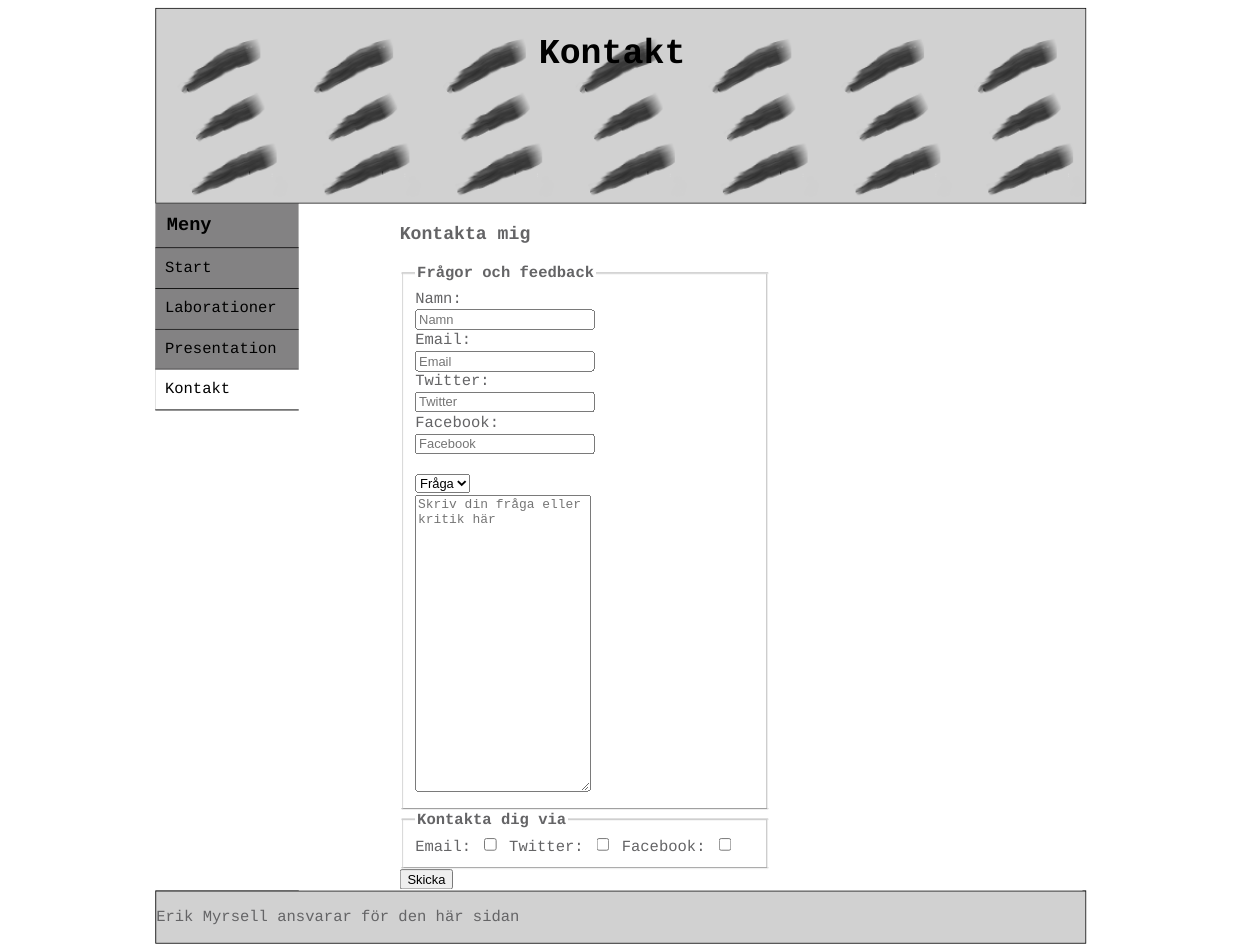
Repository: em222mt/1IK415_em222mt
Page: pages/kontakt.html
The author's editor kept a record of every edit. The page is drawn from the files as they stood at one moment, then again after the next edit.
The browser window is 1280 px wide. The pictures show the whole page, at 97% of full size.

Above is the page before.

### pages/kontakt.html
<!doctype html>
<html lang="sv">

<head>
     <meta charset="utf-8">
     <title>Kontakt</title>

     <link rel="stylesheet" href="../css/basic.css">
</head>

    <body>
        <div id="container">

            <div id="header">

            <h1 class="headertitle">Kontakt</h1>

            </div>

            <div id="navigation">

            <ul>
                <li>Meny</li>
                <li><a href="../index.html">Start</a></li>
                <li><a href="laborationer.html">Laborationer</a></li>
                <li><a href="presentation.html">Presentation</a></li>
                <li><a href="kontakt.html" class="active">Kontakt</a></li>
            </ul>

            </div>

            <div id="content">

            <div id="contact">

            <h3>Kontakta mig</h3>

            <!-- Formulär börjar här -->

            <form id="form" action="http://voyager.lnu.se/tekinet/kurser/dtt/wp_webbintro/form.php" method="post">
                <fieldset>
                    <legend id="formframe">Frågor och feedback</legend>

                        <label for="namn">Namn:</label></br>
                        <input placeholder="Namn" type="text" name="namn" id="namn" /></br>

                        <label for="email">Email:</label></br>
                        <input placeholder="Email" type="text" name="email" id="email" /></br>

                        <label for="twitter">Twitter:</label></br>
                        <input placeholder="Twitter" type="text" name="twitter" id="twitter" /></br>

                        <label for="facebook">Facebook:</label></br>
                        <input placeholder="Facebook" type="text" name="facebook" id="facebook" /></br>

                        </br>
                        <select name="fråga eller feedback"></br>
                            <option value="Fråga" selected> Fråga </option>
                            <option value="Ris"> Ris </option>
                            <option value="Ros"> Ros </option>
                        </select>
                        </br>

                        <textarea id="formtext" for="textarea" cols="20" rows="20" placeholder="Skriv din fråga eller kritik här" type="text" name="textarea" id="textarea"></textarea>

               </fieldset>

               <fieldset>
                   <legend id="formframe">Kontakta dig via</legend>

                        <label for="recepientemail">Email:</label>
                        <input type="checkbox" name="recepientemail" id="recepientemail" />
                        <label for="recepienttwitter">Twitter:</label>
                        <input type="checkbox" name="recepienttwitter" id="recepienttwitter" />
                        <label for="recepientfacebook">Facebook:</label>
                        <input type="checkbox" name="recepientfacebook" id="recepientfacebook" />

                </fieldset>

                <input id="formsubmit" type="submit" value="Skicka" />

            </form>

            </div>

            </div>

            <div id="footer">

                <p>Erik Myrsell ansvarar för den här sidan</p>

            </div>

        </div>

    </body>
</html>

### css/basic.css
/*
Background main: #FFFFFF
Background aside: #838283
Background header/footer: #D1D1D1
text-color: #646466
*/

/*Layout*/

a:link 	    { color: black; }
a:visited 	{ color: gray; }
a:focus 	{ color: #838283; }
a:hover	    { color: #6495ED; }
a:active 	{ color: #FFFFFF; }

/*Container*/

#container {
    max-width: 960px;
    overflow: auto;
    margin: 0 auto;
}

/*----------------------------------------*/

/*Header*/

#header {
    border-style: solid;
    border-width: 1px;
    width: 958px;
    background-color: #D1D1D1;
    background-image: url(../pics/Logo5.png);
    background-repeat: round;
    background-position: left;
    text-indent: 300px;
    height: 200px;
}

/*----------------------------------------*/

/*Navigation*/

#navigation {
    float: left;
    width: 148px;
    background-color: #838283;
}

#navigation ul {
    width: 148px;
    margin: 0; padding: 0;
}

#navigation li {
    list-style-type: none;
    border-bottom: 1px solid black;
    text-decoration: none;
}

#navigation li a {
    display: block;
    padding: 10px;
    background-color: #838283;
    color: black;
    text-decoration: none;
}

#navigation li a:hover {
    background-color: white;
    color: #51476F;
    text-decoration: none;
}

#navigation ul li .active {
    background-color: white;
    border-right: none;
}

#navigation ul li:firstchild {
    font-size: 1.2em;
    text-align: center;
    padding-bottom: 10px;
    padding-top: 10px;
}

#navigation > ul > li:nth-child(1){
    color: black;
    font-weight: bold;
    font-size: 1.2em;
    text-indent: 12px;
    padding-bottom: 10px;
    padding-top: 10px;
}

/*----------------------------------------*/

/*Content*/

#content {
    float: left;
    max-width: 808px;
    background-color: #FFFFFF;
    padding-right: 84px;
    padding-left: 84px;
}

#content, p {
    color: #646466;
    font-family: courier , serif;
    line-height: 130%;
    width: 640px;
}

/*----------------------------------------*/

/*Footer*/

#footer {
    border-style: solid;
    border-width: 1px;
    clear: both;
    max-width: 958px;
    background-color: #D1D1D1;
}

/*----------------------------------------*/

/*Storleksanpassat bild i inlägg 2*/
#gubbe {
    max-width: 450px;
}

/*fonts*/
h1, h2, h3, ul, ol, li, form {
    color: #646466;
    font-family: courier , serif;
    line-height: 130%;
    width: 640px;
}

/*----------------------------------------*/

/*Tabell på laboration.html*/

#content table tr td {
    width: 40%;
    border: 2px solid #838283;
    text-align: center;
    border-top-right-radius: 5px;
    border-bottom-right-radius: 5px;

}

#table th {
    border: 2px solid #838283;
    font-size: 1.03em;
    border-top-right-radius: 5px;
    border-bottom-right-radius: 5px;
}

tfoot {
    font-size: 1.03em;
}

/*----------------------------------------*/

/*Lagt till padding för att bulka upp index- och kontaktsidan.*/
#blogg {
    padding-right: 30px;
    padding-left: 30px;
}

#contact {
    padding-right: 20px;
    padding-left: 20px;
}

/*----------------------------------------*/

/*Anpassat headerns text*/

.headertitle {
    text-align: center;
    color: black;
    font-size: 2.25em;
}

/*----------------------------------------*/

/*Lagt till en bild vid blogginläggen*/

h3.entry {
    background-image: url(../pics/post.png);
    background-repeat: no-repeat;
    background-position: top left;
    text-indent: 35px;
}
.entrypic {
    float: right;
    width: 35%;
}

/*----------------------------------------*/

/*Formulär*/

#form fieldset {
    width: 350px;
}

#formframe {
    font-weight: bold;
}

/*----------------------------------------*/

After the next edit:
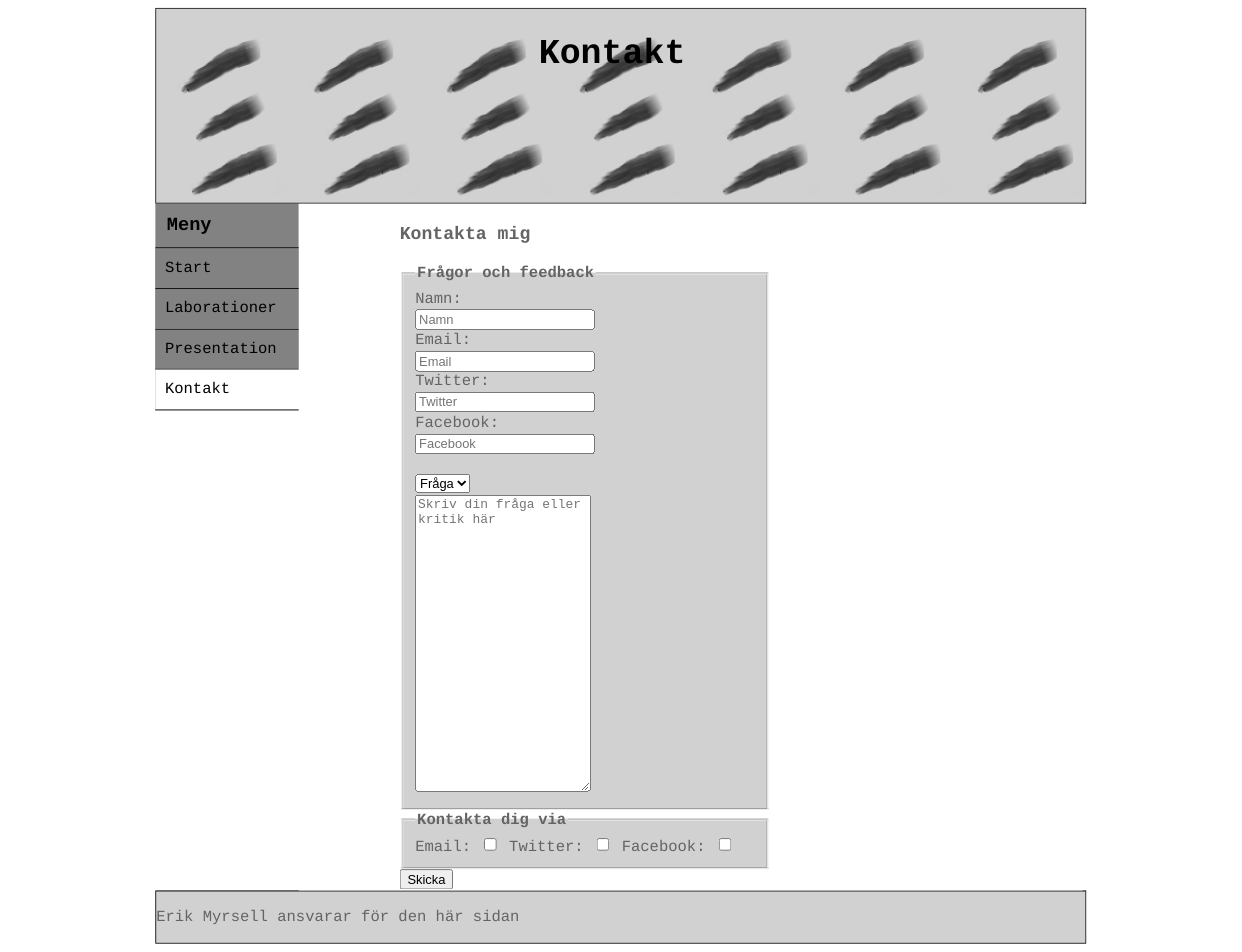
The edit:
--- a/css/basic.css
+++ b/css/basic.css
@@ -207,6 +207,7 @@
 
 #form fieldset {
     width: 350px;
+    background-color: #D1D1D1;
 }
 
 #formframe {
